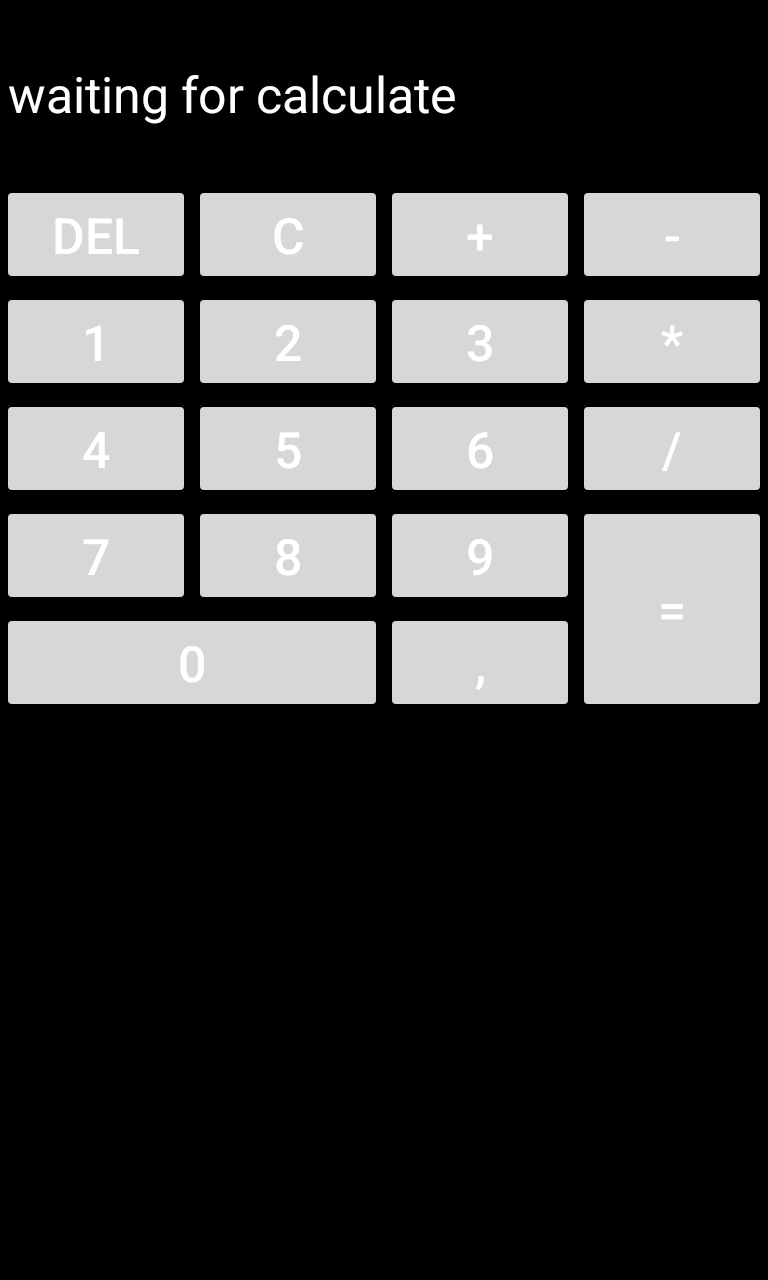
Repository: salihklc/Basic-Android
Layout: complexCalculator2/res/layout/activity_main.xml
The author's editor kept a copy of each file at every save. The layout is drawn from the files as they stood at one save, then again after the next save.
It is drawn on a 768 x 1280 px phone screen (xhdpi) without system bars, with theme AppTheme; the app's code is not run.

Above is the layout before, as saved 2014-10-10 22:35:00.

### complexCalculator2/res/layout/activity_main.xml
<LinearLayout xmlns:android="http://schemas.android.com/apk/res/android"
    xmlns:tools="http://schemas.android.com/tools"
    android:layout_width="match_parent"
    android:layout_height="match_parent"
    android:orientation="vertical"
    android:background="#000"
    tools:context="com.example.complexcalculator2.MainActivity"
    >

<EditText
    android:layout_marginTop="20dp"
    android:layout_marginBottom="20dp"
    android:id="@+id/display"
    android:layout_width="match_parent"
    android:layout_height="wrap_content"
    android:hint="@string/hint"
    android:textSize="25sp"
    android:textColor="#fff"
    android:textColorHint="#fff"
    />

	<LinearLayout
	    android:layout_width="match_parent"
	    android:layout_height="wrap_content"
	    android:weightSum="100"
	    android:orientation="horizontal" >

	    <Button
	        android:layout_weight="25"
	        android:layout_width="0dp"
	        android:id="@+id/DEL"
	        android:layout_height="fill_parent"
	        android:text="@string/DEL"
	        android:textColor="#fff"
	        android:textSize="25sp"
	        />
	    <Button
	        android:layout_weight="25"
	        android:id="@+id/C"
	        android:layout_width="0dp"
	        android:layout_height="fill_parent"
	        android:text="@string/C"
	        android:textColor="#fff"
	        android:textSize="25sp"
	        />
	    <Button
	        android:layout_weight="25"
	        android:id="@+id/add"
	        android:layout_width="0dp"
	        android:layout_height="fill_parent"
	        android:text="@string/add"
	        android:textColor="#fff"
	        android:textSize="25sp"
	        />
	    <Button
	        android:layout_weight="25"
	        android:id="@+id/minus"
	        android:layout_width="0dp"
	        android:layout_height="fill_parent"
	        android:text="@string/minus"
	        android:textColor="#fff"
	        android:textSize="25sp"
	        />

	</LinearLayout>

	<LinearLayout
	    android:layout_width="match_parent"
	    android:layout_height="wrap_content"
	    android:weightSum="100"
	    android:orientation="horizontal" >

	    <Button
	        android:layout_weight="25"
	        android:id="@+id/one"
	        android:layout_width="0dp"
	        android:layout_height="fill_parent"
	        android:text="@string/one"
	        android:textColor="#fff"
	        android:textSize="25sp"
	        />
	    <Button
	        android:layout_weight="25"
	        android:id="@+id/two"
	        android:layout_width="0dp"
	        android:layout_height="fill_parent"
	        android:text="@string/two"
	        android:textColor="#fff"
	        android:textSize="25sp"
	        />
	    <Button
	        android:layout_weight="25"
	        android:id="@+id/three"
	        android:layout_width="0dp"
	        android:layout_height="fill_parent"
	        android:text="@string/three"
	        android:textColor="#fff"
	        android:textSize="25sp"
	        />
	    <Button
	        android:layout_weight="25"
	        android:id="@+id/mult"
	        android:layout_height="fill_parent"
	        android:text="@string/mult"
	        android:textColor="#fff"
	        android:layout_width="0dp"
	        android:textSize="25sp"
	        />

	</LinearLayout>

	<LinearLayout
	    android:layout_width="match_parent"
	    android:layout_height="wrap_content"
	    android:weightSum="100"
	    android:baselineAligned="false"
	    android:orientation="horizontal" >

	    <Button
	        android:layout_weight="25"
	        android:id="@+id/four"
	        android:layout_width="0dp"
	        android:layout_height="fill_parent"
	        android:text="@string/four"
	        android:textColor="#fff"
	        android:textSize="25sp"
	        />
	    <Button
	        android:layout_weight="25"
	        android:id="@+id/five"
	        android:layout_width="0dp"
	        android:layout_height="fill_parent"
	        android:text="@string/five"
	        android:textColor="#fff"
	        android:textSize="25sp"
	        />
	    <Button
	        android:layout_weight="25"
	        android:id="@+id/six"
	        android:layout_height="fill_parent"
	        android:text="@string/six"
	        android:layout_width="0dp"
	        android:textColor="#fff"
	        android:textSize="25sp"
	        />
	    <Button
	        android:layout_weight="25"
	        android:id="@+id/div"
	        android:layout_height="fill_parent"
	        android:text="@string/div"
	        android:layout_width="0dp"
	        android:textColor="#fff"
	        android:textSize="25sp"
	        />

	</LinearLayout>

	<LinearLayout
	    android:layout_width="match_parent"
	    android:layout_height="wrap_content"
	    android:baselineAligned="false"
	    android:orientation="horizontal"
	    android:weightSum="100" >

		<LinearLayout
		    android:layout_weight="75"
		    android:layout_width="0dp"
		    android:layout_height="fill_parent"
		    android:orientation="vertical" >

			<LinearLayout
			    android:layout_width="match_parent"
			    android:layout_height="wrap_content"
			    android:orientation="horizontal"
			    android:weightSum="99" >

			    <Button
			        android:layout_weight="33"
			        android:id="@+id/seven"
			        android:layout_width="0dp"
			        android:layout_height="fill_parent"
			        android:text="@string/seven"
			        android:textColor="#fff"
			        android:textSize="25sp"
			        />
			    <Button
			        android:layout_weight="33"
			        android:id="@+id/eight"
			        android:layout_width="0dp"
			        android:layout_height="fill_parent"
			        android:text="@string/eight"
			        android:textColor="#fff"
			        android:textSize="25sp"
			        />
			    <Button
			        android:layout_weight="33"
			        android:id="@+id/nine"
			        android:layout_width="0dp"
			        android:layout_height="fill_parent"
			        android:text="@string/nine"
			        android:textColor="#fff"
			        android:textSize="25sp"
			        />


			</LinearLayout>

			<LinearLayout
			    android:layout_width="match_parent"
			    android:layout_height="wrap_content"
			    android:orientation="horizontal"
			    android:weightSum="99" >

				<Button
				    android:id="@+id/zero"
				    android:layout_height="fill_parent"
				    android:layout_weight="66"
				    android:layout_width="0dp"
				    android:text="@string/zero"
				    android:textColor="#fff"
				    android:textSize="25sp" />

				<Button
				    android:id="@+id/dot"
				    android:layout_height="fill_parent"
				    android:layout_weight="33"
				    android:layout_width="0dp"
				    android:text="@string/dot"
				    android:textColor="#fff"
				    android:textSize="25sp" />

			</LinearLayout>

	</LinearLayout>

		<LinearLayout
		    android:layout_height="match_parent"
		    android:layout_gravity="right"
		    android:layout_weight="25"
		    android:layout_width="0dp"
		    android:orientation="horizontal" >

		    <Button
		        android:id="@+id/equ"
		        android:layout_width="fill_parent"
		        android:layout_height="fill_parent"
		        android:text="@string/equ"
		        android:textColor="#fff"
		        android:textSize="25sp" />

		</LinearLayout>

	</LinearLayout>


</LinearLayout>

### complexCalculator2/res/values/strings.xml
<?xml version="1.0" encoding="utf-8"?>
<resources>

    <string name="app_name">complexCalculator</string>
    <string name="hello_world">Hello world!</string>
    <string name="action_settings">Settings</string>
    <string name="one">1</string>
	<string name="two">2</string>
	<string name="three">3</string>
	<string name="add">+</string>
	<string name="four">4</string>
	<string name="five">5</string>
	<string name="six">6</string>
	<string name="minus">-</string>
	<string name="seven">7</string>
	<string name="eight">8</string>
	<string name="nine">9</string>
	<string name="mult">*</string>
	<string name="zero">0</string>
	<string name="equ">=</string>
	<string name="div">/</string>
	<string name="dot">,</string>
	<string name="DEL">DEL</string>
	<string name="C">C</string>
	<string name="hint"> waiting for calculate </string>

</resources>

Loaded but not shown: complexCalculator2/res/values/styles.xml (common file); complexCalculator2/res/values-v11/styles.xml (common file); complexCalculator2/res/values-v14/styles.xml (common file)

After the next save:
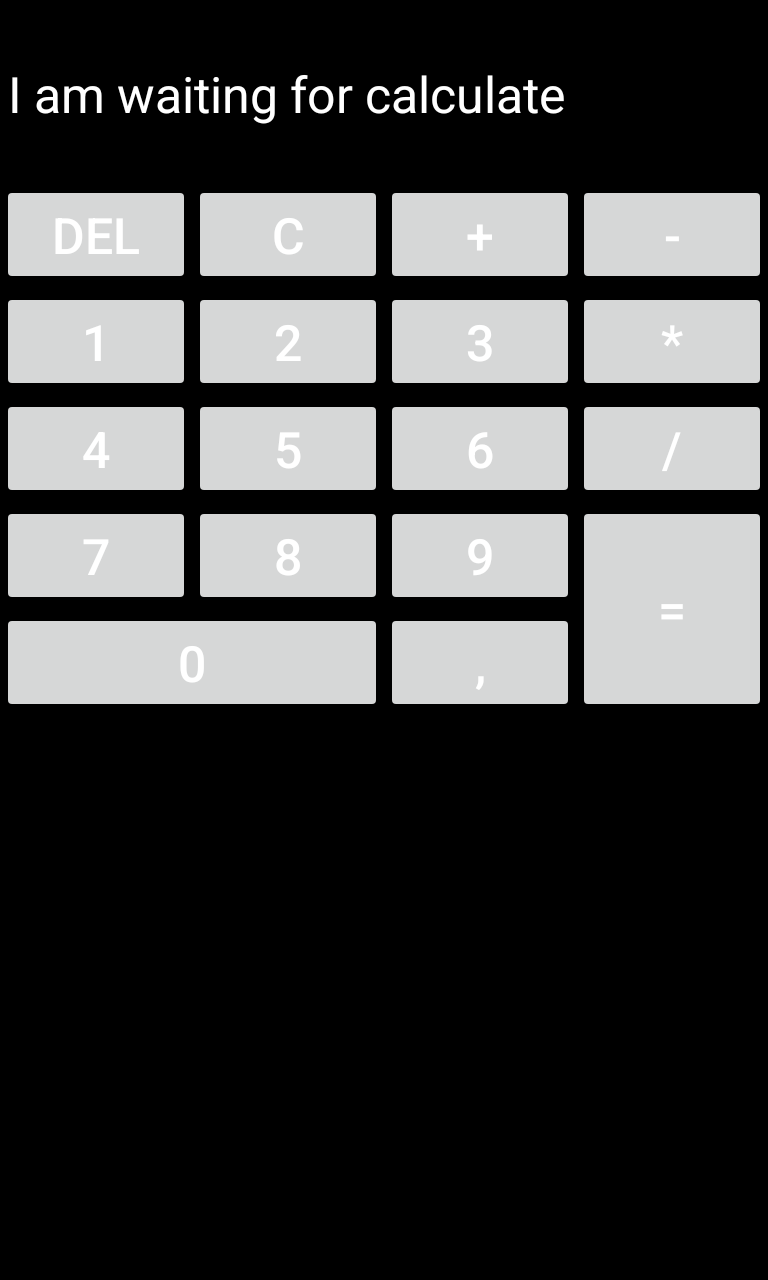
Saved 9 min 4 s later.
--- a/complexCalculator2/res/values/strings.xml
+++ b/complexCalculator2/res/values/strings.xml
@@ -22,6 +22,6 @@
 	<string name="dot">,</string>
 	<string name="DEL">DEL</string>
 	<string name="C">C</string>
-	<string name="hint"> waiting for calculate </string>
+	<string name="hint"> I am waiting for calculate </string>
 
 </resources>
